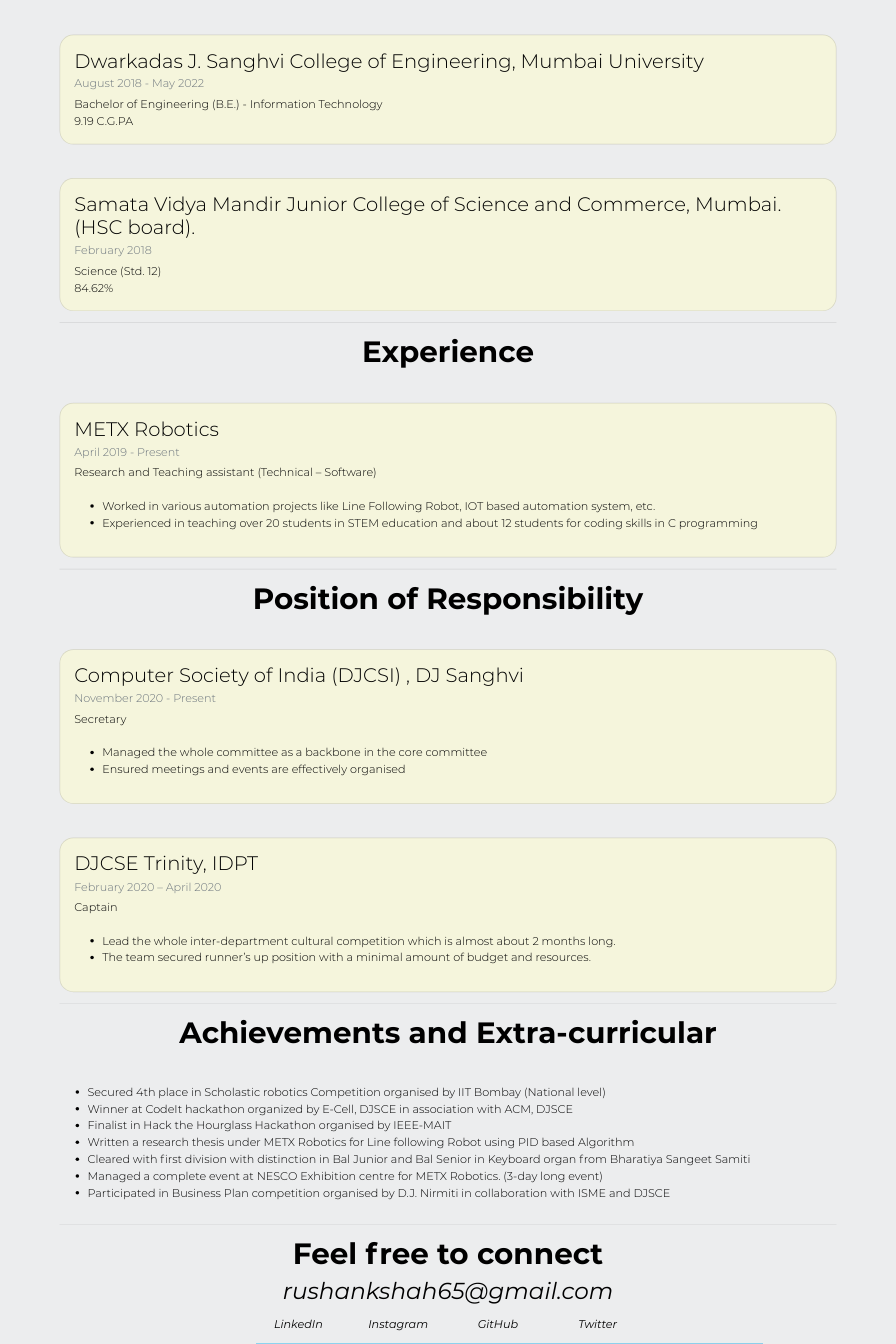
Repository: rushankshah/rushank-shah
Page: /about
These files come from the project's save history. The page is drawn as it stood at one moment and after the next save; the edit follows.
The browser window is 1280 px wide. The pictures show the part of the page from y = 1128 to 3048 px (the page is 3048 px tall), at 70% of full size.
The project was rebuilt for these pictures with package versions that can differ from the ones it lists, and the page was loaded fresh each time. The framework's server and built-in components were replaced by stand-ins that run in the browser. Also part of the build but not shown: next.config.js.

Above is the page before, as saved 2020-12-03 02:21:23.

### styles/main.scss
@import './shared/fonts';
@import './index';
@import './header';
@import './shared/colors';
@import 'about';
@import 'projects';

html, body {
    height:100%;
    width:100%;
    font-family: 'Montserrat', 'Helvetica';
  }

.self-typed{
  font-size: 31px;
  font-weight: 500;
  letter-spacing: 2px;
  color: white;
}

.absolute {
  position: absolute;
}

.base-page {
  padding-top: 150px;
  color: white;
  background-color: #ecedee;
  min-height: 100vh;

  .page-header {
    .page-header-title {
      font-weight: 700;
      color: black;
      display: inline-block;
      margin-bottom: 20px;
    }
  }
}

.social-media:hover{
  color: #dba919;
  cursor: pointer;
}

.clickable{
  cursor: pointer;
}

### components/layouts/BaseLayout.js
import React from 'react'
import Header from '../shared/Header'

const BaseLayout = (props) => {

    const { className, children } = props

    const headerType = props.headerType || 'default'

    return (
        <div className='layout-container'>
            <Header className={`port-nav-${headerType}`} />
            <main className={`cover ${className}`}>
                <div className='wrapper'>
                    {children}
                </div>
            </main>
        </div>
    )
}

export default BaseLayout

### components/BasePage.js
import React from 'react'
import { Container } from 'reactstrap'
import Footer from './shared/Footer'

export default function BasePage(props) {
    const className = props.className || ''
    const title = props.title
    return (
        <div className={`base-page ${className}`}>
            <Container>
                {props.children}
                <Footer />
            </Container>
        </div>
    )
}

### styles/shared/_fonts.scss
@font-face {
    font-family: 'Montserrat';
    src: url('/static/fonts/2.3\ Montserrat-Regular.ttf');
    font-weight: normal;
    font-style: normal;
}

@font-face {
    font-family: 'Montserrat';
    src: url('/static/fonts/2.4\ Montserrat-Bold.ttf');
    font-weight: bold;
    font-style: normal;
}

@font-face {
    font-family: 'Montserrat';
    src: url('/static/fonts/2.2\ Montserrat-Light.ttf');
    font-weight: lighter;
    font-style: normal;
}

@font-face {
    font-family: 'Montserrat';
    src: url('/static/fonts/2.1\ Montserrat-Italic.ttf');
    font-weight: normal;
    font-style: italic;
}

### styles/_index.scss
  // ---------- Index Page CSS ------------
  .cover {
    background-image: linear-gradient(45deg,#00aeef 0%,#096fb9 100%);
    overflow: hidden;
    position: relative;
  }

  .wrapper {
    min-height: 100vh;
    min-width: 100vw;
    margin-top: 0;
    position: relative;
  }

  .main-section {
    top: 150px;
    width: 100%;
    padding: 150px 0 0;
  }

  .hero-section{
    h2 {
      color: white;
      font-weight: bold;
      margin-bottom: 10px;
    }

    perspective: 1000px;
    color: white;
    width: 400px;
    position: relative;

    &-content {
      position: absolute;
      bottom: 20px;
      width: 360px;
      left: 6%;
      z-index: 1;

      &-intro {
        font-size: 17px;
      }
    }
  }

  .image {
    width: auto;
    max-width: 100%;
  }

  .hero-welcome-text > h1 {
    color: white;
    text-transform: uppercase;
    font-size: 27px;
    margin-top: 80px;
  }

  .hero-welcome-bio {
    margin-top: 20px;
    color: white;

    .fa-stack {
      font-size: 28px;
    }

    .list-inline-item {
      > a {
        color: #373737;
      }
    }
  }

  .hero-welcome-wrapper {
    justify-content: flex-end;

  }

  @media (max-width: 991px) {
    .hero-section {
      width: 341px;
      height: 445px;

      &-content {
        width: 341px;
      }
    }

    .hero-welcome-text > h1 {
      margin-top: 0px;
    }
  }

  .background-image {
    position: absolute;
    width: 1762px;
    height: 493px;
  }

  .shadow-custom {
    width: 100%;
    height: 100%;
    position: absolute;
    top: 0;
    box-shadow: -17px 13px 41px rgba(13,78,158,0.6);
    border: 2px solid #3bace5;

    .shadow-inner {
      width: 100%;
      height: 100%;
      box-shadow: -17px 13px 13px rgba(0,0,0,0.09);
    }
  }

  .shadow-custom-2 {
    border: 2px solid #f37d49;
    box-shadow: -17px 13px 41px rgba(13,78,158,0.3);
  }

  .flipper{
    transition: 1s;
    transform-style: preserve-3d;
    position: relative;
  }

  .flipper.isFlipping{
    transform: rotateY(-180deg);
  }

  .front, .back{
    backface-visibility: hidden;
    position: absolute;
    top: 0;
    left: 0;
  }

  .cover-0 {
  }

  .cover-1 {
    background-image: linear-gradient(45deg, rgb(254, 202, 83), rgb(253, 157, 97));
  }

  .front{
    transform: rotateY(0deg);
    z-index: 9999;
  }

  .back{
    transform: rotateY(180deg);
  }

### styles/_header.scss
@import './shared/colors';
  // HEADER
  .port-navbar.port-nav-base {
    width: 100%;
    z-index: 15;
    padding: 40px;

    .port-navbar {
      &-brand {
        color: white;
        font-size: 24px;
        text-transform: uppercase;
        letter-spacing: 1px;
        font-weight: bold;
      }

      &-item {
        margin-left: 10px;
        margin-right: 10px;
      }

      &-link {
        color: white;
        font-weight: bold;
        letter-spacing: 0.8px;
        font-size: 18px;
        text-transform: uppercase;

        &.active {
        color: #dba919;
        }

        &:hover, &:focus {
          color: #dba919;
        }
      }
    }
  }

  .port-navbar.port-nav-base.port-nav-default {
    padding: 30px;
    background-color: $secondary !important;
  }

  .bg-transparent.menu-open {
    background-color: #2C3E50 !important;
  }

  .bg-transparent.menu-close {
    transition: 1s;
  }

### styles/shared/_colors.scss
$main-color-blue: #0977C0;
$main-color-red: 'red';

$navbar-orange: #dba919;
$base-page-white: #ecedee;

$white: #fff !default;
$gray-100: #f8f9fa !default;
$gray-200: #e9ecef !default;
$gray-300: #dee2e6 !default;
$gray-400: #ced4da !default;
$gray-500: #adb5bd !default;
$gray-600: #868e96 !default;
$gray-700: #495057 !default;
$gray-800: #343a40 !default;
$gray-900: #212529 !default;
$black: #000 !default;

$primary: #18BC9C !default;
$secondary: #2C3E50 !default;

$blue:    #007bff !default;
$indigo:  #6610f2 !default;
$purple:  #6f42c1 !default;
$pink:    #e83e8c !default;
$red:     #dc3545 !default;
$orange:  #fd7e14 !default;
$yellow:  #ffc107 !default;
$green:   #28a745 !default;
$teal:    #0085A1 !default;
$cyan:    #17a2b8 !default;

### styles/_about.scss
@import './shared/mixins';
.about-page {
    .left-side {
      // margin-top: 10vh;

      color: black;
      text-align: left;
    }

    .fadein {
      opacity: 0;

      @include animation(fadein 2s);
      @include animation-fill-mode(forwards);
    }

    .intro{
        color: black;
        font-weight: lighter;
    }

    .title {
      @include animation-detail(0.7s);
      font-size: 42px;
      font-weight: bold;
    }

    .subtitle {
      @include animation-detail(2.2s);
      font-size: 33px;
    }

    .subsubTitle {
      @include animation-detail(3.6s);
      font-size: 18px;
    }

    @keyframes fadein {
      from { opacity: 0; }
      to   { opacity: 1; }
    }
  }

### styles/shared/_mixins.scss
// MIXINS
@mixin background-cover() {
    -webkit-background-size: cover;
    -moz-background-size: cover;
    -o-background-size: cover;
    background-size: cover;
  }

  @mixin animation($animationType) {
    -webkit-animation: $animationType; /* Safari, Chrome and Opera > 12.1 */
       -moz-animation: $animationType; /* Firefox < 16 */
        -ms-animation: $animationType; /* Internet Explorer */
         -o-animation: $animationType; /* Opera < 12.1 */
            animation: $animationType;
  }


  @mixin animation-fill-mode($animationMode) {
    -webkit-animation-fill-mode: $animationMode;  /* this makes sure that after animation is done we remain at the last keyframe value (opacity: 1)*/
    -moz-animation-fill-mode: $animationMode;
    animation-fill-mode: $animationMode;
  }


  @mixin animation-detail($detail) {
    -webkit-animation-delay: $detail;
    -moz-animation-delay: $detail;
    animation-delay: $detail;
  }

### styles/_projects.scss
@import './shared/mixins';
.projects-page {
    .left-side {
      // margin-top: 10vh;

      color: black;
      text-align: left;
    }
    .custom-card{
      border-radius: 50px;
    }
    .custom-card:hover{
      transition: all 0.2s ease-out;
      box-shadow: 0px 4px 8px rgba(38, 38, 38, 0.2);
      top: -4px;
      border: 1px solid #cccccc;
    }
    .fadein {
      opacity: 0;

      @include animation(fadein 2s);
      @include animation-fill-mode(forwards);
    }

    .intro{
        color: black;
        font-weight: lighter;
    }

    .title {
      @include animation-detail(0.7s);
      font-size: 42px;
      font-weight: bold;
    }

    .subtitle {
      @include animation-detail(2.2s);
      font-size: 33px;
    }

    .subsubTitle {
      @include animation-detail(3.6s);
      font-size: 18px;
    }

    @keyframes fadein {
      from { opacity: 0; }
      to   { opacity: 1; }
    }
  }

### components/shared/Header.js
import { useState } from 'react'
import Link from 'next/link'
import Head from 'next/head'
import {
    Collapse,
    Navbar,
    NavbarToggler,
    NavbarBrand,
    Nav,
    NavItem
} from 'reactstrap';

const Header = (props) => {
    const [isOpen, setIsOpen] = useState(false);

    const toggle = () => setIsOpen(!isOpen);

    const className = props.className

    const menuOpenClass = isOpen ? 'menu-open' : 'menu-close'

    return (
        <div>
            <Head>
                <title>Rushank Shah</title>
                <link rel="icon" href="/static/images/R.jpg" />
                <link href="https://cdn.lineicons.com/2.0/LineIcons.css" rel="stylesheet"></link>
            </Head>
            <Navbar className={`port-navbar port-nav-base absolute ${className} ${menuOpenClass}`} color="transparent" dark expand="md">
                <NavbarBrand className='port-navbar-brand'>Rushank Shah</NavbarBrand>
                <NavbarToggler onClick={toggle} />
                <Collapse isOpen={isOpen} navbar>
                    <Nav className="ml-auto" navbar>
                        <NavItem className='port-navbar-item'>
                            <Link href='/'>
                                <a className='nav-link port-navbar-link'> Home </a>
                            </Link>
                        </NavItem>
                        <NavItem className='port-navbar-item'>
                            <Link href='/about'>
                                <a className='nav-link port-navbar-link'> About </a>
                            </Link>
                        </NavItem>
                        <NavItem className='port-navbar-item'>
                            <Link href='/projects'>
                                <a className='nav-link port-navbar-link'> Projects </a>
                            </Link>
                        </NavItem>
                        <NavItem className='port-navbar-item'>
                            <Link href='/cv'>
                                <a className='nav-link port-navbar-link'> CV </a>
                            </Link>
                        </NavItem>
                        <NavItem className='port-navbar-item'>
                            <Link href='/blogs'>
                                <a className='nav-link port-navbar-link'> Blogs </a>
                            </Link>
                        </NavItem>
                    </Nav>
                </Collapse>
            </Navbar>
        </div>
    )
}

export default Header

### components/shared/Footer.js
import { Col, Row } from "reactstrap";

export default function Footer() {
    return (
        <div>
            <div className='intro'>
                <h5 className='title' style={{ textAlign: 'center', color: 'black' }}>
                    Feel free to connect
                </h5>
                <h5 className='subtitle' style={{ textAlign: 'center', color: 'black' }}>
                    <a target='_blank' style={{ color: 'black', textDecoration: 'none' }} href='mailto:rushankshah65@gmail.com'>
                        <i className="lni lni-envelope lni-lg lni-32 social-media"> rushankshah65@gmail.com</i>
                    </a>
                </h5>
                <Row className='mt-3' style={{ textAlign: 'center', color: 'black' }}>
                    <Col>
                    </Col>
                    <Col md='6'>
                        <Row>
                            <Col md='3'>
                                <div>
                                    <a target='_blank' style={{ color: 'black', textDecoration: 'none' }} href='https://www.linkedin.com/in/rushank-shah-65836b1a6/'>
                                        <i className="lni lni-linkedin-original lni-lg lni-32 social-media">LinkedIn</i>
                                    </a>
                                </div>
                            </Col>
                            <Col md='3'>
                                <div>
                                    <a target='_blank' style={{ color: 'black', textDecoration: 'none' }} href='https://www.instagram.com/rushankshah65/'>
                                        <i className="lni lni-instagram lni-lg lni-32 social-media">Instagram</i>
                                    </a>
                                </div>
                            </Col>
                            <Col md='3'>
                                <div>
                                    <a target='_blank' style={{ color: 'black', textDecoration: 'none' }} href='https://github.com/rushankshah'>
                                        <i className="lni lni-github-original lni-lg lni-32 social-media">GitHub</i>
                                    </a>
                                </div>
                            </Col>
                            <Col md='3'>
                                <div>
                                    <a target='_blank' style={{ color: 'black', textDecoration: 'none' }} href='https://twitter.com/ShahRushank'>
                                        <i className="lni lni-twitter-original lni-lg lni-32 social-media">Twitter</i>
                                    </a>
                                </div>
                            </Col>
                        </Row>
                    </Col>
                    <Col>
                    </Col>
                </Row>
                <Row className='mt-3'>
                </Row>
            </div>
        </div>
    )
}

Loaded but not shown: pages/_app.js (common file); pages/about.js (335 lines, source omitted)

After the next save:
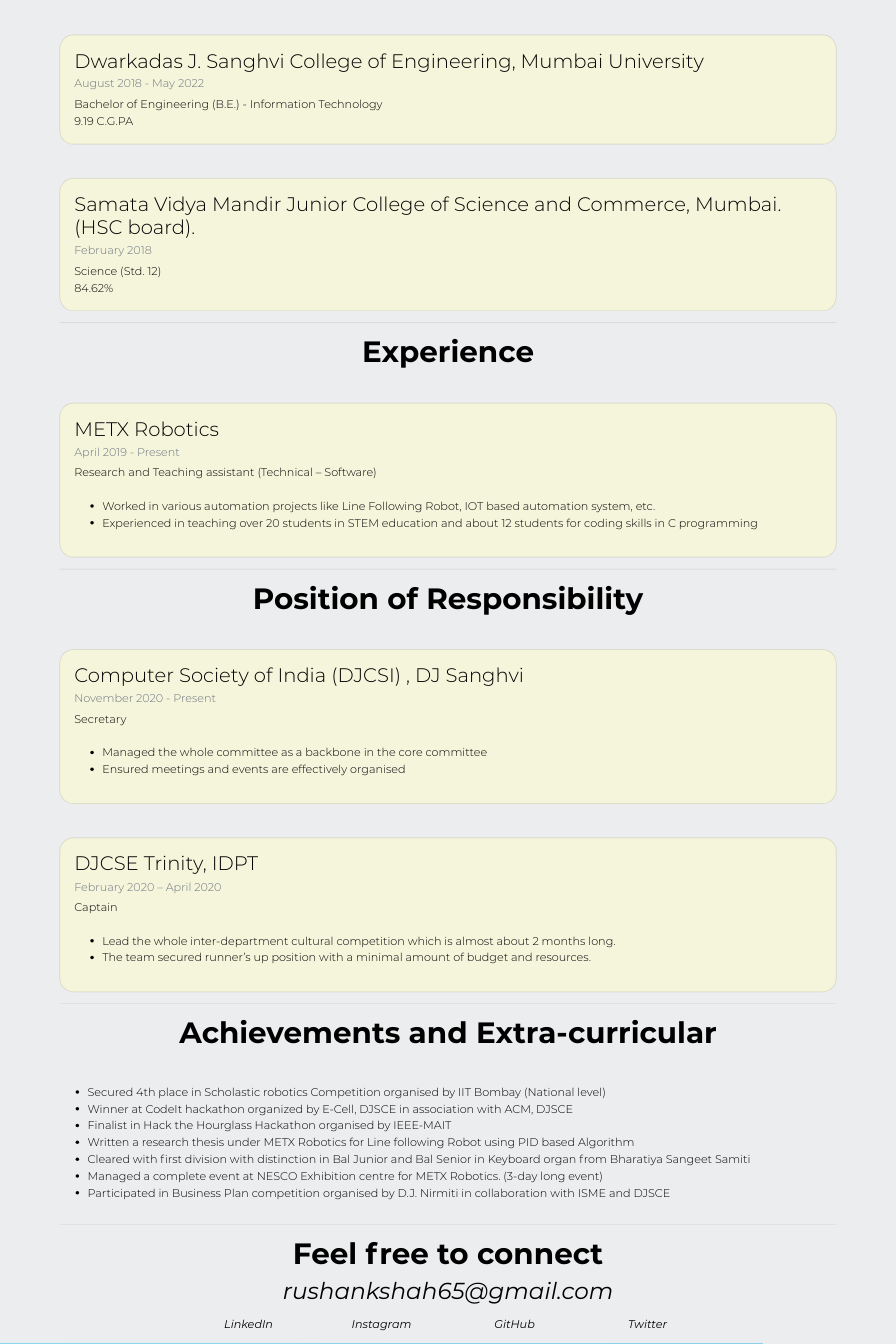
Saved 10 s later.
--- a/components/shared/Footer.js
+++ b/components/shared/Footer.js
@@ -15,7 +15,7 @@
                 <Row className='mt-3' style={{ textAlign: 'center', color: 'black' }}>
                     <Col>
                     </Col>
-                    <Col md='6'>
+                    <Col md='8'>
                         <Row>
                             <Col md='3'>
                                 <div>
